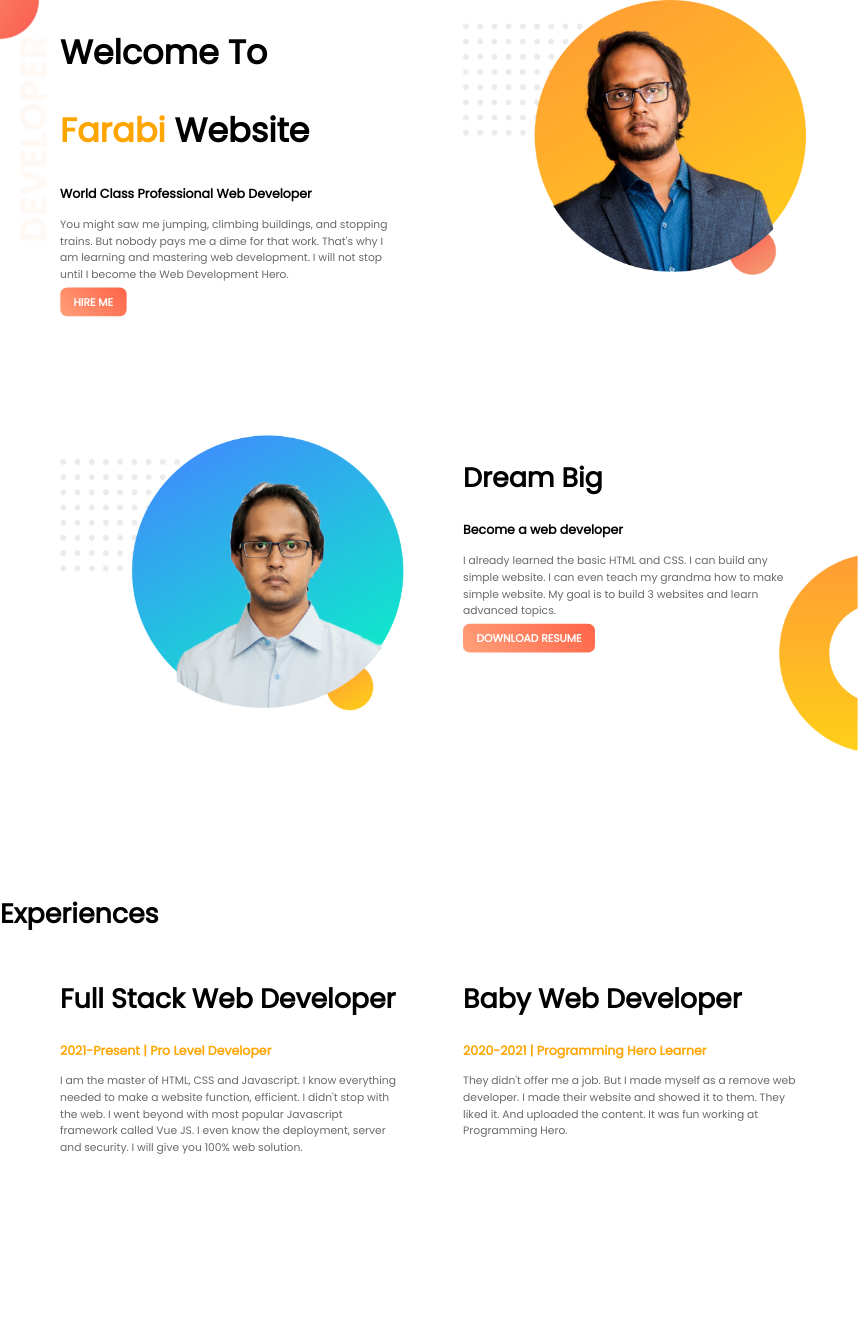
Repository: mohsinfarabi/web-portfolio
Page: index.html
An editor plug-in stored every save of this project. The page is shown before and after the next save, followed by the edit.
The browser window is 1280 px wide. The pictures show the whole page, at 67% of full size.

Above is the page before, as saved 2020-06-30 23:52:56.

After the next save:
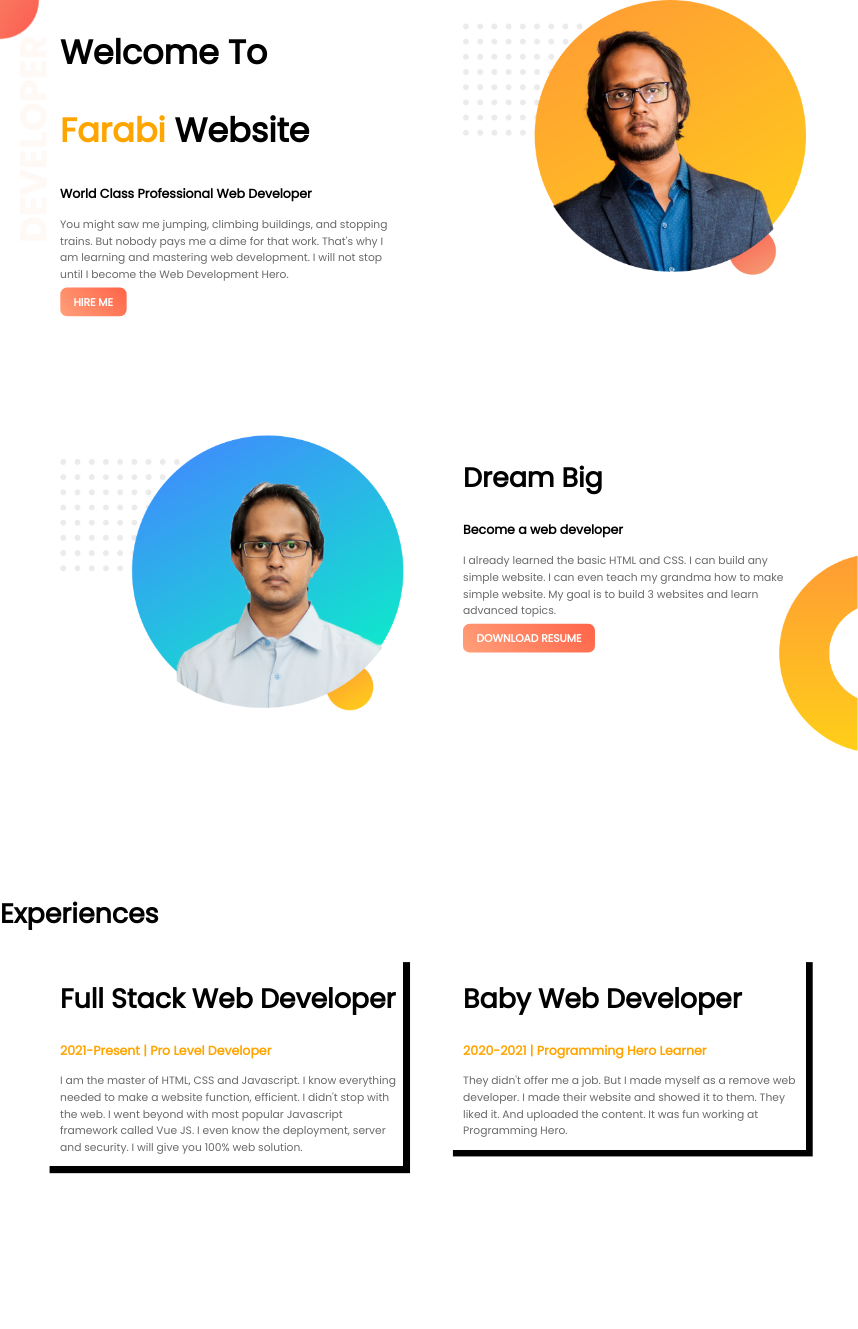
Saved 23 s later.
--- a/style.css
+++ b/style.css
@@ -55,4 +55,6 @@ section {
     font-weight: 700;
 }
 
-.single-experience {}
+.single-experience {
+    box-shadow: 10px 10px;
+}
